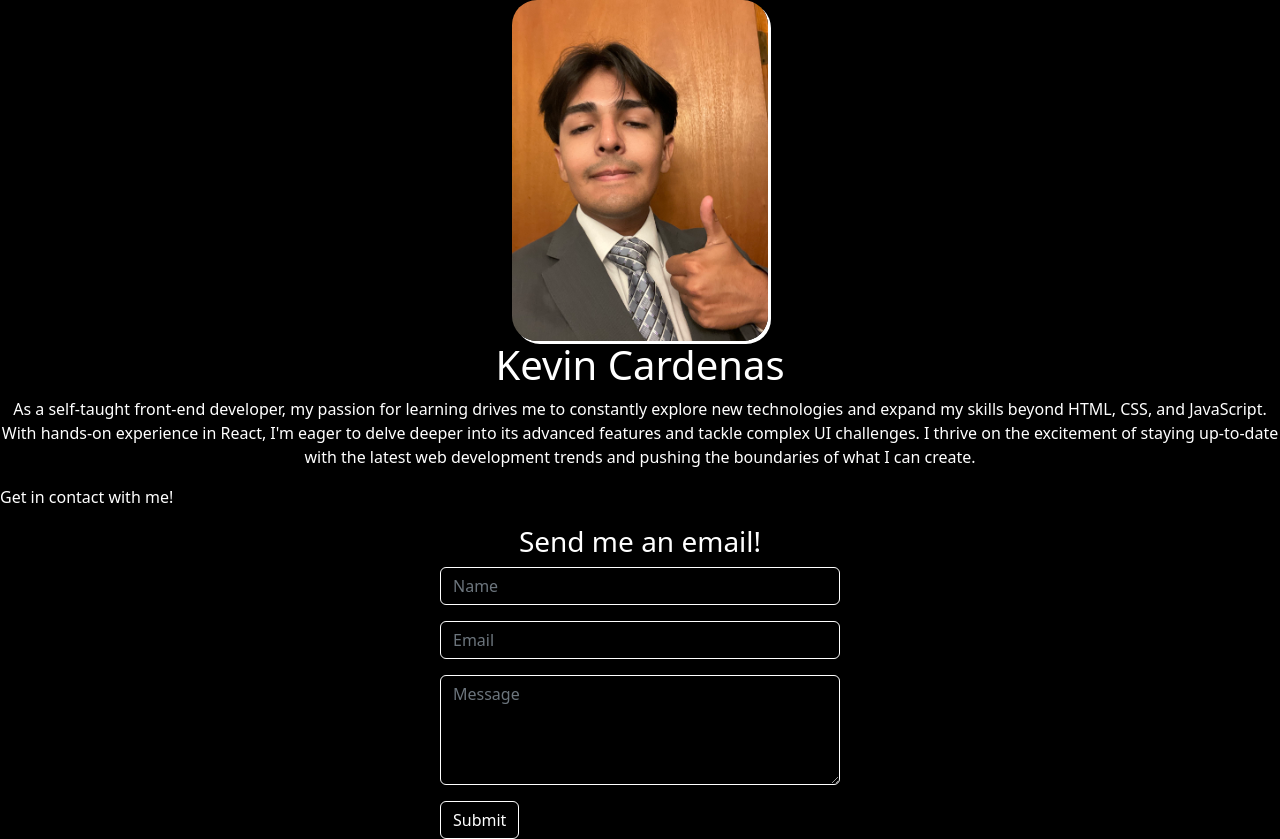
Repository: elqueben/elqueben.github.io
Page: public/index.html
The author's editor kept a copy of each file at every save. The page is drawn from the files as they stood at one save, then again after the next save.
The browser window is 1280 px wide. The pictures show the whole page.

Above is the page before, as saved 2023-06-20 12:18:40.

### public/index.html
<!DOCTYPE html>
<html lang="en">
<head>
  <meta charset="UTF-8">
  <meta name="viewport" content="width=device-width, initial-scale=1.0">
  <link rel="stylesheet" href="https://cdn.jsdelivr.net/npm/bootstrap@5.2.3/dist/css/bootstrap.min.css" integrity="sha384-rbsA2VBKQhggwzxH7pPCaAqO46MgnOM80zW1RWuH61DGLwZJEdK2Kadq2F9CUG65" crossorigin="anonymous">
  <link rel="stylesheet" href="styles.css">
  <title>elqueben</title>
</head>
<body>
  <div>
    <img id="pfp" src="me.jpg" />
  </div>
  <div>
  <h1 class="text-center">Kevin Cardenas</h1>
  <p class="text-center">As a self-taught front-end developer, my passion for learning drives me to constantly explore new technologies and expand my skills beyond HTML, CSS, and JavaScript. With hands-on experience in React, I'm eager to delve deeper into its advanced features and tackle complex UI challenges. I thrive on the excitement of staying up-to-date with the latest web development trends and pushing the boundaries of what I can create.</p>
  </div>
  <div>
    <p>Get in contact with me!
      <a href="https://www.facebook.com/eselqueben/"><i class="fa-brands fa-square-facebook"></i></a>
      <a href="https://www.instagram.com/elqueben/"><i class="fa-brands fa-instagram"></i></a>
      <a href="https://twitter.com/eselqueben"><i class="fa-brands fa-twitter"></i></a>
      <a href="https://www.linkedin.com/in/elqueben/"><i class="fa-brands fa-linkedin"></i></a>
      <a href="https://github.com/elqueben"><i class="fa-brands fa-github"></i></a>
    </p>
  </div>
  <div>
    <div>
      <h3 class="text-center">Send me an email!</h3>
      <form class="my-form">
        <div class="mb-3">
          <input type="text" name="name" class="form-control" placeholder="Name">
        </div>
        <div class="mb-3">
          <input type="email" name="email" class="form-control" placeholder="Email">
        </div>
        <div class="mb-3">
          <textarea class="form-control" rows="4" placeholder="Message"></textarea>
        </div>
        <button type="submit" class="btn btn-primary">Submit</button>
      </form>
    </div>
  </div>
</body>
</html>

### public/styles.css
#pfp {
    width: 20%;
    display: block;
    margin: 0 auto;
    border: 2px;
    border-radius: 25px;
    box-shadow: 3px 3px;
}

body {
    background-color: #000;
    color: #fff;
}

.my-form {
    max-width: 400px;
    margin: 0 auto;
}

.form-control {
    background-color: #000;
    border: 1px solid #fff;
    color: #fff;
}

.btn-primary {
    background-color: #000;
    border-color: #fff;
}

.btn-primary:hover {
    background-color: #333;
    border-color: #fff;
    color: #fff;
}

.fa {
    color: #000;
}

.fa:hover {
    color: #fff;
  }

After the next save:
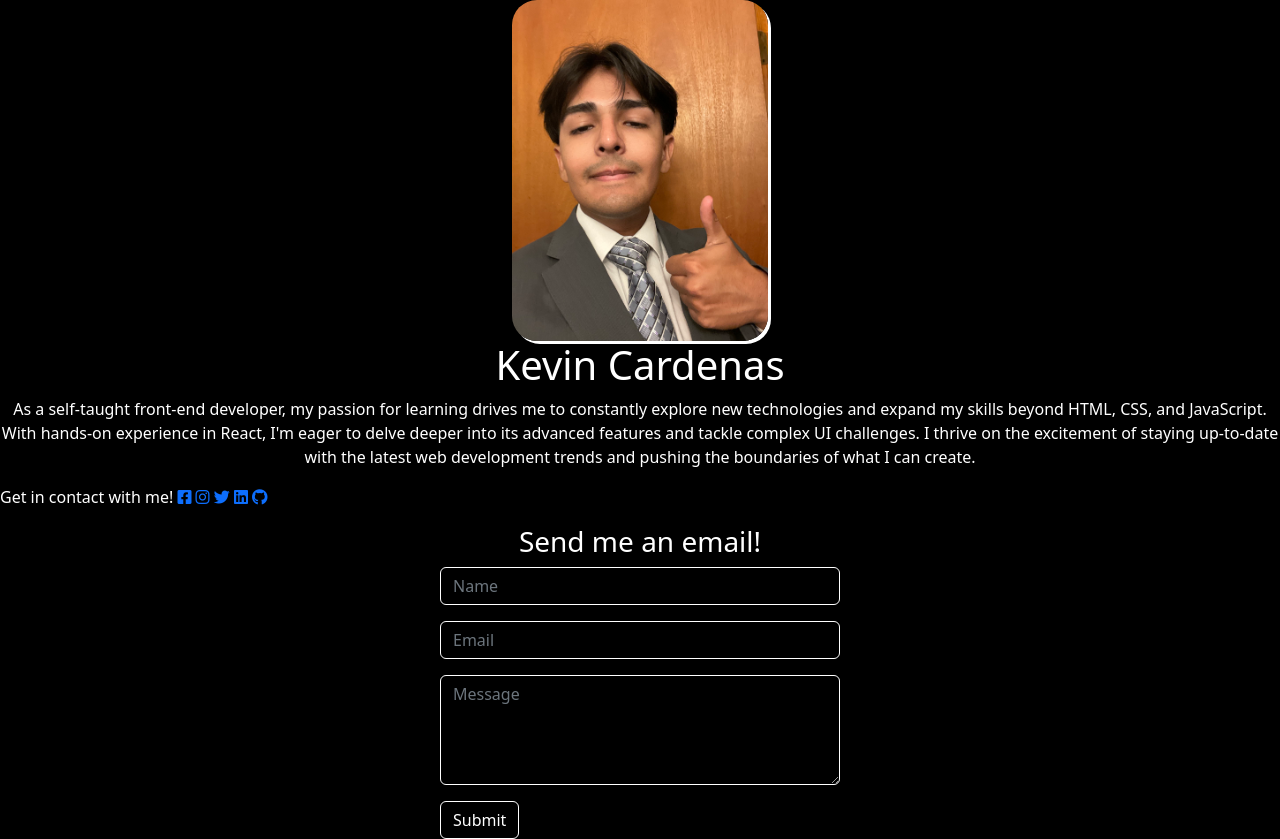
Saved 112 s later.
--- a/public/index.html
+++ b/public/index.html
@@ -3,6 +3,7 @@
 <head>
   <meta charset="UTF-8">
   <meta name="viewport" content="width=device-width, initial-scale=1.0">
+  <link rel="stylesheet" href="https://cdnjs.cloudflare.com/ajax/libs/font-awesome/6.4.0/css/all.min.css" integrity="sha512-iecdLmaskl7CVkqkXNQ/ZH/XLlvWZOJyj7Yy7tcenmpD1ypASozpmT/E0iPtmFIB46ZmdtAc9eNBvH0H/ZpiBw==" crossorigin="anonymous" referrerpolicy="no-referrer" />
   <link rel="stylesheet" href="https://cdn.jsdelivr.net/npm/bootstrap@5.2.3/dist/css/bootstrap.min.css" integrity="sha384-rbsA2VBKQhggwzxH7pPCaAqO46MgnOM80zW1RWuH61DGLwZJEdK2Kadq2F9CUG65" crossorigin="anonymous">
   <link rel="stylesheet" href="styles.css">
   <title>elqueben</title>
